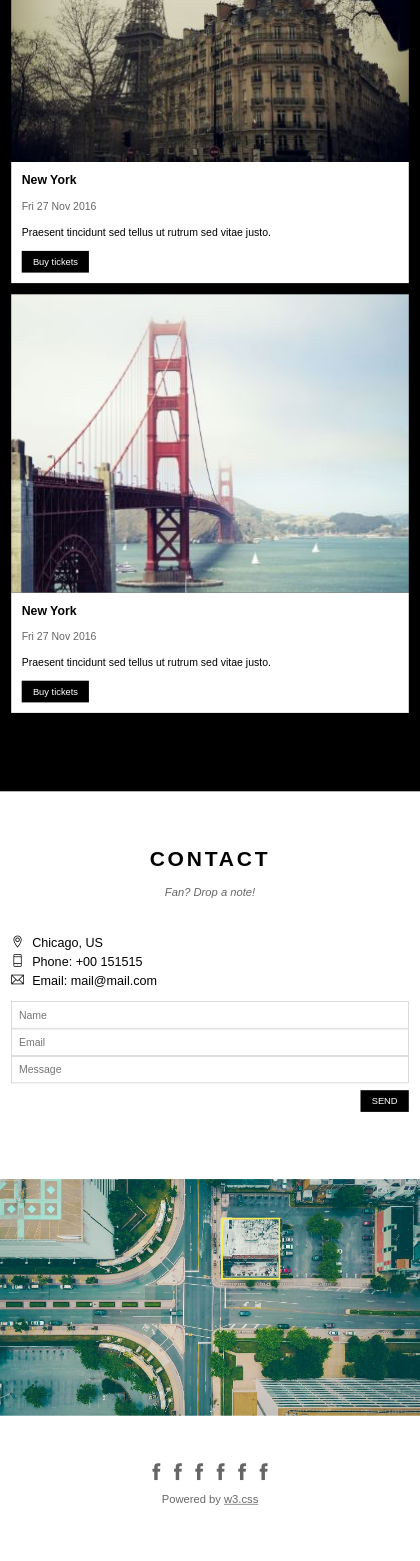
Repository: Bakyproit/the-Band
Page: index.html
These files come from the project's save history. The page is drawn as it stood at one moment and after a run of saves; the edit follows.
The browser window is 600 px wide. The pictures show the part of the page from y = 3279 to 5519 px (the page is 5509 px tall before and 5519 px after), at 70% of full size.

Above is the page before, as saved 2022-01-03 23:37:49.

### index.html
<!DOCTYPE html>
<html lang="en">
<head>
    <meta charset="UTF-8">
    <meta http-equiv="X-UA-Compatible" content="IE=edge">
    <meta name="viewport" content="width=device-width, initial-scale=1.0">
    <link rel="stylesheet" href="./assets/fonts/themify-icons/themify-icons.css">
    <link rel="stylesheet" href="./assets/css/style.css">
    <link rel="stylesheet" href="./assets/css/reponsive.css">
    <title>The-Band</title>
</head>
<body>

    <div id="main">
        <!-- begin header   -->
        <div id="header">
            <!-- Begin : Nav -->
            <ul id="nav">
                <li>
                    <a href="#">Home</a>
                </li>
                <li><a href="#band">Band</a></li>
                <li><a href="#tour">Tour</a></li>
                <li><a href="#contact">Contact</a></li>
                <li>
                    <a href="#">
                        More
                        <i class="nav-arrow-down ti-angle-down"></i>

                    </a>
                    <ul class="subnav">
                        <li><a href="#">Merchandise</a></li>
                        <li><a href="#">Extras</a></li>
                        <li><a href="#">Media</a></li>
                    </ul>
                </li>
            </ul>
            <!-- End : Nav -->
            <!-- Begin : Search button -->
            <div class="search-btn">
                <i class="search-icon ti-search"></i>
            </div>
            <div class="mobile-menu-btn" id='mobile-menu'>
                <i class="menu-icon ti-menu"></i>
            </div>
            <!-- End : Search button-->


        </div>
        <!-- end header     -->
        <!-- Begin slider== -->
        <div id="slider">
            <div class="text-content">
                <h2 class="text-heading">Chicago</h2>
                <div class="text-description">Thank you, Chicago - A night we won't forget</div>
            </div>

        </div>
        <!-- End slider    -->
        <!-- Begin content -->
        <div id="content">
        <!-- The- band -->
            <div id ="band" class="content-section">
                <h2 class="section-heading">THE BAND</h2>
                <p class="section-sub-heading">We love music</p>
                <p class="about-text">We have created a fictional band website. Lorem ipsum dolor sit amet, consectetur adipiscing elit, sed do eiusmod tempor incididunt ut labore et dolore magna aliqua. Ut enim ad minim veniam, quis nostrud exercitation ullamco laboris nisi ut aliquip ex ea commodo consequat. Duis aute irure dolor in reprehenderit in voluptate velit esse cillum dolore eu fugiat nulla pariatur. Excepteur sint occaecat cupidatat non proident, sunt in culpa qui officia deserunt mollit anim id est laborum consectetur adipiscing elit, sed do eiusmod tempor incididunt ut labore et dolore magna aliqua. Ut enim ad minim veniam, quis nostrud exercitation ullamco laboris nisi ut aliquip ex ea commodo consequat.</p>
                <div class="member-list">
                    <div class="col-third member-item">
                        <p class="member-name">Name</p>
                        <img src="/assets/img/bandmember.jpg" alt="" class="member-img">
                    </div>
                    <div class="col-third member-item">
                        <p class="member-name">Name</p>
                        <img src="/assets/img/bandmember.jpg" alt="" class="member-img">
                    </div>
                    <div class="col-third member-item">
                        <p class="member-name">Name</p>
                        <img src="/assets/img/bandmember.jpg" alt="" class="member-img">
                    </div>

                </div>

            </div>
        <!-- Tour -->
            <div id ="tour" class="tour-section">
                <div class="content-section ">
                    <h2 class="section-heading text-white">TOUR DATES</h2>
                    <p class="section-sub-heading text-white">Remember to book your tickets!</p>
                    <ul class="tickets-list">
                        <li>
                            September
                            <span class="sold-out">Sold out</span>
                        </li>
                        <li>
                            October
                            <span class="sold-out" >Sold out</span>
                        </li>
                        <li>
                            November
                            <span class="quantity" >3</span>
                        </li>
                    </ul>
                    <!-- places - list -->
                    <div class="places-list row">
                        <div class="places-item  col col-third">
                            <img src="/assets/img/play/play1.jpg" alt="" class="places-img">
                            <div class="places-content">
                                <h3 class="places-name">New York</h3>
                                <p class="places-time">Fri 27 Nov 2016</p>
                                <p class="places-title">Praesent tincidunt sed tellus ut rutrum sed vitae justo.</p>
                                <button  class="btn js-buy-tickets ">Buy tickets</button>
                            </div>
                        </div>
                        <div class="places-item  col col-third ">
                            <img src="/assets/img/play/play2.jpg" alt="" class="places-img">
                            <div class="places-content">
                                <h3 class="places-name">New York</h3>
                                <p class="places-time">Fri 27 Nov 2016</p>
                                <p class="places-title">Praesent tincidunt sed tellus ut rutrum sed vitae justo.</p>
                                <button  class="btn js-buy-tickets ">Buy tickets</button>
                            </div>
                        </div>
                        <div class="places-item  col col-third">
                            <img src="/assets/img/play/play3.jpg" alt="" class="places-img">
                            <div class="places-content">
                                <h3 class="places-name">New York</h3>
                                <p class="places-time">Fri 27 Nov 2016</p>
                                <p class="places-title">Praesent tincidunt sed tellus ut rutrum sed vitae justo.</p>
                                <button  class="btn js-buy-tickets ">Buy tickets</button>
                            </div>
                        </div>
                    </div>
                </div>
            </div>
        <!--    Contact -->
            <div id ="contact" class="content-section">
                <h2 class="section-heading ">CONTACT</h2>
                <p class="section-sub-heading ">Fan? Drop a note!</p>
                <!-- contact - content -->
                <div class="row contact-content">
                    <div class="col col-half contact-info">
                        <p><i class="ti-location-pin"></i>Chicago, US</p>
                        <p><i class="ti-mobile"></i>Phone: +00 151515</p>
                        <p><i class="ti-email"></i>Email: mail@mail.com</p>
                    </div>
                    <div class="col col-half contact-form">
                        <form action="">
                            <div class="row flex contact-name-email">
                                <div class="col col-half contact__input">
                                    <input type="text" name="" placeholder="Name" required id="" class="form-control">
                                </div>
                                <div class="col col-half contact__input">
                                    <input type="email" name="" placeholder="Email" required  id="" class="form-control">
                                </div>
                            </div>

                            <div class="row ">
                                <div class="col col-full">
                                    <input type="text" name="" placeholder="Message" required id="" class="form-control">
                                </div>
                            </div>
                            <input type="submit" value="SEND" class="btn pull-right">
                        </form>
                    </div>
                </div>
            </div>
        <!-- map -->
            <div class="map-section">
                <img src="./assets/img/map.jpg" alt="Map">
            </div>

        </div>
        <!-- End content -->
        <!-- Begin footer -->
        <div id="footer">
            <div class="social-list">
                <a href=""><i class="ti-facebook"></i></a>
                <a href=""><i class="ti-facebook"></i></a>
                <a href=""><i class="ti-facebook"></i></a>
                <a href=""><i class="ti-facebook"></i></a>
                <a href=""><i class="ti-facebook"></i></a>
                <a href=""><i class="ti-facebook"></i></a>
            </div>
            <p class="copy-right">Powered by <a href="">w3.css</a></p>
        </div>
        <!-- end-footer -->
        <!-- modal -->
        <div class="modal js-modal">
            <div class="modal-container js-modal-container">
                <div class="modal-close js-modal-close">
                    <i class="ti-close"></i>
                </div>
                <!-- header -->
                <header class="modal-header">
                    <i class="ti-bag"></i>
                    Tickets
                </header>
                <!-- body -->
                <div class="modal-body">
                    <label for="ticket-quantity" class="model-label">
                        <i class="ti-shopping-cart"></i>
                        Tickets, $15 per person
                    </label>
                    <input id="ticket-quantity" type="text" class="modal-input" placeholder="Howmany ?">


                    <label for="ticket-email" class="model-label">
                        <i class="ti-user"></i>
                        Send To
                    </label>
                    <input id= "ticket-email" type="text" class="modal-input" placeholder="Enter email ?">

                    <button class="buy-tickets">
                        Pay
                        <i class="ti-check"></i>
                    </button>
                </div>
                <footer class="modal-footer">
                    <p class="modal-help">Need <a href="">help?</a></p>
                </footer>
            </div>
        </div>
        <!-- end modal -->
        <!-- javascript -->
        <script>
            const buyBtns = document.querySelectorAll('.js-buy-tickets')
            const modal = document.querySelector('.js-modal')
            const modalClose = document.querySelector('.js-modal-close')
            const modalContainer =document.querySelector('.js-modal-container')
            function buyTickets(){
                modal.classList.add('open')
            }
            function hiddenBuyTickets(){
                modal.classList.remove('open')
            }


            for(const buyBtn of buyBtns){
                buyBtn.addEventListener('click' ,buyTickets )
            }
            modalClose.addEventListener('click' , hiddenBuyTickets)
            modal.addEventListener('click' , hiddenBuyTickets)
            modalContainer.addEventListener('click' , function (event){
                event.stopPropagation()
            })


            // dong mo menu
            var header = document.getElementById('header') ;
            var mobileMenu = document.getElementById('mobile-menu') ;
            var headerHeight = header.clientHeight ;
            mobileMenu.onclick= function(){
                // console.log(header.clientHeight);
                var isClosed = header.clientHeight === headerHeight ;
                if(isClosed){
                    header.style.height = 'auto' ;
                }else {
                    header.style.height = null ;
                }
            }
            //  tu dong dong khi chon menu
            var menuItems = document.querySelectorAll('#nav li a[href*="#"]') ;
            console.log(menuItems) ;
            for(var i = 0;i < menuItems.length ;i++) {
                var menuItem = menuItems[i] ;

                menuItem.onclick = function(event){
                    // kiem tra ae lien ke no
                    var isParentMenu = this.nextElementSibling &&
                            this.nextElementSibling.classList.contains('subnav') ;
                    if(isParentMenu){
                        event.preventDefault() ;
                    }else{
                        header.style.height = null ;
                    }
                }
            }

        </script>
        <!-- javascript -->
    </div>
</body>
</html>



<!-- hang row -->

### assets/css/style.css
/*
Reset css
*/
*{
    padding: 0;
    margin:  0;
    box-sizing: border-box;
}
html {
    font-family: Arial, Helvetica, sans-serif;
    scroll-behavior: smooth;
}
#main {

}
.text-white{
    color:#fff !important;
}
.btn{
    display: inline-block;
    text-decoration: none;
    padding: 8px 16px;
    color: #fff;
    background-color: #000;
    border : none  ;
}
.btn:hover{
    color: #000!important;
    background-color: #ccc!important;
    cursor: pointer;
}

.pull-right{
    float: right !important ;
}
.flex{
    display: flex;
    flex-wrap: wrap;
}

.row {
    margin-left: -8px;
    margin-right: -8px;
}
.col {
    padding-left: 8px;
    padding-right: 8px;
}
.col-third{
    width: 33.33333%;
}
.col-half{
    width: 50%;
}
.col-full{
    width: 100%;
}
/* =====header===== */
#header {
    height: 46px;
    background-color: #000;
    position: fixed;
    top : 0 ;
    right: 0;
    left : 0;
    z-index: 1;
}
#nav{
    display: inline-block;
}
#nav .subnav {
    list-style-type: none;
}
/* nav */
#nav > li{
    display: inline-block;
    position: relative;
}
#nav li a{
    display: inline-block;
    color : #fff ;
    text-decoration: none;
    line-height: 46px;
    padding: 0px 24px;
    text-transform: uppercase;
}
#nav > li:hover > a,
#nav .subnav li:hover a{
    color : #000 ;
    background-color: #ccc;
}
/*     subnav */
#nav .subnav{
    display: none;
    position: absolute;
    top:100% ;
    background-color: #fff;
    /* bong do */
    box-shadow: 0 0 10px rgba(0, 0, 0,0.5) ;
    min-width: 160px;
}
#nav li:hover .subnav {
    display: block ;
}

#nav .subnav  a{
    display:  block;
    color: #000;
    padding: 0 12px;
    line-height: 38px;
}
#nav .nav-arrow-down{
    font-size: 14px;
}
.mobile-menu-btn{
    position: absolute;
    top: 0;
    right: 0;
}
.mobile-menu-btn,
#header .search-btn{
    float: right;
    padding: 0 21px;
}

#header .search-btn:hover{
    cursor: pointer;
    background-color:#f44336 ;
}
#header .mobile-menu-btn:hover {
    background-color:#ccc ;
}
#header .mobile-menu-btn:hover .menu-icon{
    color: #000;
}
#header .menu-icon ,
#header .search-icon{
    color : #fff ;
    font-size: 20px;
    line-height: 46px;
}


/* ====end header=======                 */
/*      Begin slider                     */
#slider {
    margin-top: 46px;
    padding-top:50%;
    /* luon bang 50% chieu rong */
    background: url('/assets/img/slider/slider1.jpg') top center / cover no-repeat;
    position: relative;
}
#slider .text-content{
    position: absolute;
    bottom: 48px;
    left:50%;
    color:#fff ;
    transform: translateX(-50%);
    text-align: center;

}
#slider .text-heading{
    margin:  0 0 25px 0 ;
    font-weight: 500px;
    font-size: 24px;
}
#slider .text-description{
    font-size: 15px;
}
/*    End slider                     */
/*    Begin content                  */
#content {
    color : #000 ;
}
#content .content-section{
    width: 800px;
    max-width: 100%;
    margin-left: auto;
    margin-right: auto;
    padding: 64px 16px;

}
#content .section-heading{
    margin: 10px 0;
    font-size: 30px;
    text-align: center;
    font-weight: 400px;
    letter-spacing: 4px;
    line-height: 45px;
}
#content .section-sub-heading{
    margin:15px 0 ;
    text-align: center;
    font-style: italic;
    opacity: 0.6;
    line-height: 22px;
}
/*             About                   */
#content .about-text{
    margin: 15px 0 ;
    font-size: 14px;
    text-align: justify ;
    line-height: 1.6;

}
#content .member-list{
    padding: 32px 0 ;
    display: flex;
    flex-wrap: wrap;
    text-align: center;
}

#content  .member-name{
    margin: 15px 0;
    font-size: 15px;
    line-height: 22px;
}
#content  .member-img{
    margin-bottom: 10px;
    width: 154px;
    border-radius: 4px;
}

/*                   Tour                        */
.tour-section{
    background-color: black;
    color:#fff ;
}
.tour-section .tickets-list li{
    list-style: none;
    color: #757575;
    padding: 8px 16px;
    font-size: 15px;
    line-height: 22px;
    background-color: #fff;
    border-bottom: 1px solid #ddd;
}
.tour-section  .sold-out{
    display: inline-block;
    background-color: #f44336;
    padding: 0 8px;
    margin-left:16px;
}
.tour-section .quantity{
    display: inline-block;
    padding: 0 8px;
    margin-right: 16px;
    background-color: #333;
    color:#fff ;
    border-radius: 50%;
    float: right;
}

.places-list{
    display: flex;
    flex-wrap: wrap;
    color: #000;
    font-size: 15px;
    padding: 32px 0 ;
}
.places-item{
    margin-bottom: 16px;
}

.places-img{
    width: 100%;
    display: block;
}
.places-img:hover{
    opacity: 0.6;
}
.places-content{
    padding: 15px;
    line-height: 22px;
    background-color: #fff;
}
.places-name{
}
.places-time{
    margin-top: 15px ;
    opacity: 0.6;
}
.places-title{
    margin: 15px 0 ;
    line-height: 1.5;
}




/*                  contact            */

.contact-content{
    display: flex;
    flex-wrap: wrap;
    padding-bottom: 32px  ;
    padding-top: 32px;
}
.contact-info{
    font-size: 18px;
    line-height: 1.5;
}
.contact-info i[class*="ti-"]{
    display: inline-block;
    width: 30px;

}

.contact-form .form-control{
    font-size: 15px;
    padding: 10px ;
    border : 1px solid #ccc ;
    width: 100%;
    margin-bottom: 10px;
}
/*                      Map-section                        */
.map-section img {
    width: 100%;
}


/*                      end content                 */
/*                      Begin footer                */

#footer {
    padding: 64px 16px;
    text-align: center;
}
#footer .social-list{
    font-size: 24px;

}
#footer .social-list a {
    text-decoration: none;
    color: rgba(0, 0, 0,0.6);

}
#footer .social-list a:hover{
    color: rgba(0, 0, 0,0.4);
}
#footer .copy-right{
    margin: 15px  0 ;
    color: rgba(0, 0, 0,0.6);
}
#footer .copy-right a{
    color: rgba(0, 0, 0,0.6);
}
/*                         end footer                */
/*                         modal                   */
.modal{
    position: fixed;
    top:0;
    right: 0 ;
    bottom: 0;
    left: 0;
    background: rgba(0,0,0,0.4);
    align-items: center;
    justify-content: center;
    display: none;
}
.modal.open{
    display: flex;
}
.modal-container{
    background-color: #fff;
    width: 900px;
    min-height: 300px;
    position: relative;
    animation: modalFaceIn ease .6s;
}
.modal-close {
    position: absolute;
    top: 0;
    right: 0;
    padding: 8px 16px;
    line-height: 36px;
    color:#fff ;
}
.modal-close:hover{
    color:#000 ;
    background: #ccc;
    opacity: 0.6;
}
.modal-header{
    background-color: #009688;
    height: 130px;
    font-size: 30px ;
    color:#fff ;
    display: flex;
    align-items: center;
    justify-content: center;
    padding: 32px 16px;
}
.modal-header i {
    margin-right: 20px;
}
.modal-body{
    padding: 0 16px ;
    margin-top: 15px;
}
.model-label{
    display: block;
    font-size: 15px;
    color: #000;
    padding: 2.5px 0;

}
.modal-input {
    padding: 11.5px 8px;
    border : 1px solid #ccc ;
    width: 100%;
    margin: 15px 0;
}

.buy-tickets{
    background-color: #009688;
    padding:18.5px 16px;
    margin-bottom: 16px;
    width: 100%;
    font-size: 15px;
    border :0 ;
}

.buy-tickets:hover{
    color:#000 ;
    background: #ccc;
}


.modal-footer{
    display: inline-block;
    margin: 15px 0;
    padding: 2.5px 16px ;
    font-size: 15px;
    float: right;
}
.modal-footer .modal-help{
}
.modal-footer a{
    color :#2196F3 ;
}



@keyframes modalFaceIn{

    from{
        opacity: 0;
        transform: translateY(-140px);
    }
    to{
        opacity: 1;
        transform: translateY(0);
    }
}

### assets/css/reponsive.css


/* mobile */
@media (max-width:739px) {
    /* header */
    #header {
        overflow: hidden;
    }
    #header .search-btn{
        display: none;
    }
    #nav {
        display: block;
    }
    #nav > li{
        display: block;
    }
    #nav > li:first-child{
        display: inline-block;
    }
    #nav li a {
        display: block;
    }
    #nav .subnav{
        position: inherit;
        background-color: #333;
    }
    #nav .subnav  a{
        color:#fff ;
        padding: 5px 41px;
    }
    /* content */
    #content .member-item{
        width: 100%;
        margin-top: 30px;
    }
    #content  .member-img{
        width: 60%;
    }
    /* places */
    .places-list .places-item{
        width: 100%;
    }
    /* contact */
    .contact-info{
        width: 100%;
        margin-bottom: 16px;
    }
    .contact-form{
        width: 100%;
    }
    .contact__input{
        width: 100%;
    }
    .contact__input .form-control{
        margin-bottom: 0;
    }


}

/* tablet */
@media (min-width:740px) and (max-width:1023px) {
    .mobile-menu-btn {
        display: none;
    }
}

/* PC */
@media (min-width:1024px) {
    .mobile-menu-btn {
        display: none;
    }
}

Loaded but not shown: assets/fonts/themify-icons/themify-icons.css (common file)

After the next 2 saves:
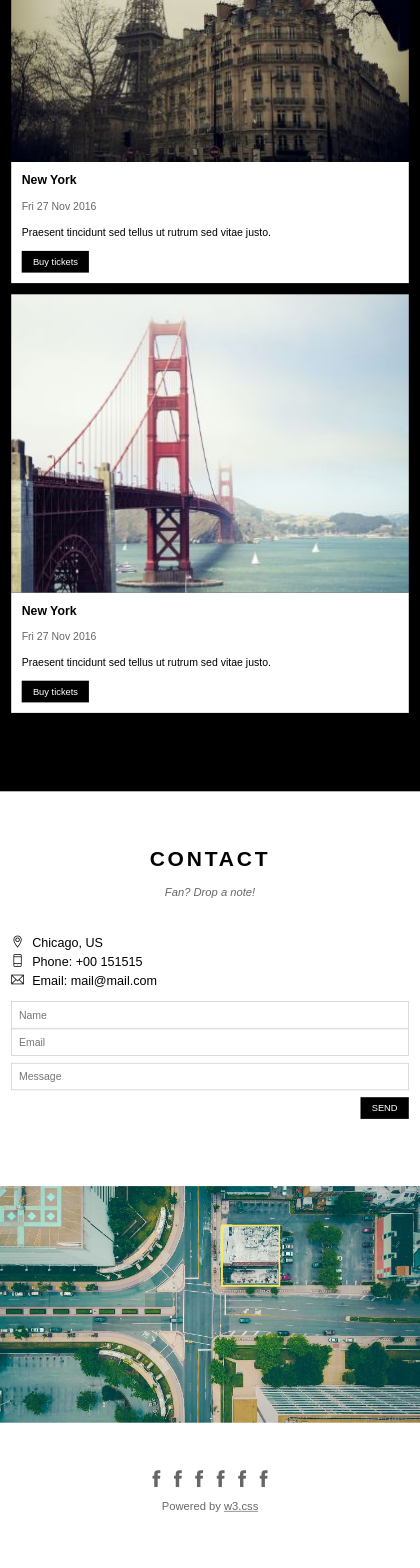
The 2 saves are shown as one change because they came seconds apart.
The last was saved 17 s later.
--- a/assets/css/reponsive.css
+++ b/assets/css/reponsive.css
@@ -49,6 +49,9 @@
     .contact-form{
         width: 100%;
     }
+    .contact-name-email{
+        margin-bottom: 10px;
+    }
     .contact__input{
         width: 100%;
     }
